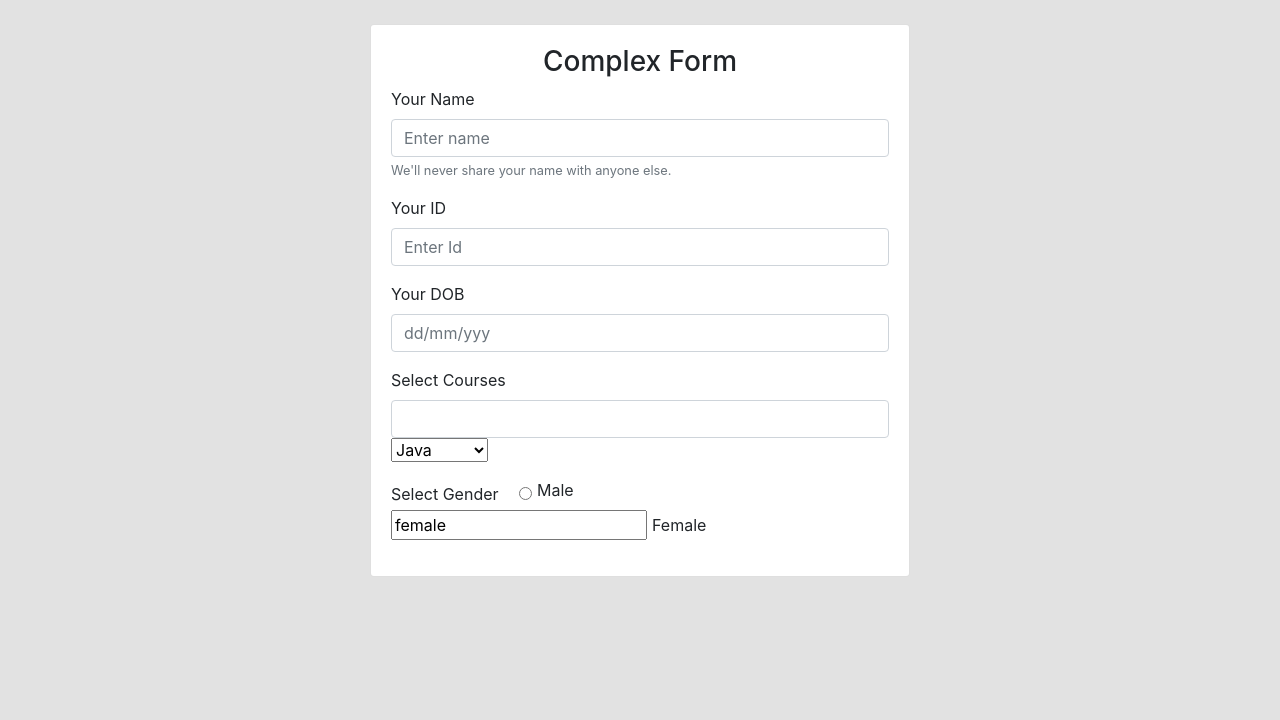
Repository: agupta003/3-18-2024
Page: http://localhost/spring-mvc-orm-db-Fileupload-multipart-resolver/WEB-INF/views/jsp/complex_form.jsp
The author's editor kept a copy of each file at every save. The page is drawn from the files as they stood at one save, then again after the next save.
The browser window is 1280 px wide. The pictures show the whole page.
Some web libraries are served in a nearby version. The page is served by Tomcat 10. Nobody is signed in. The template is opened directly, without the code that normally fills it, so the values that code supplies are empty.

Above is the page before, as saved 2024-03-28 03:24:23.

After the next save:
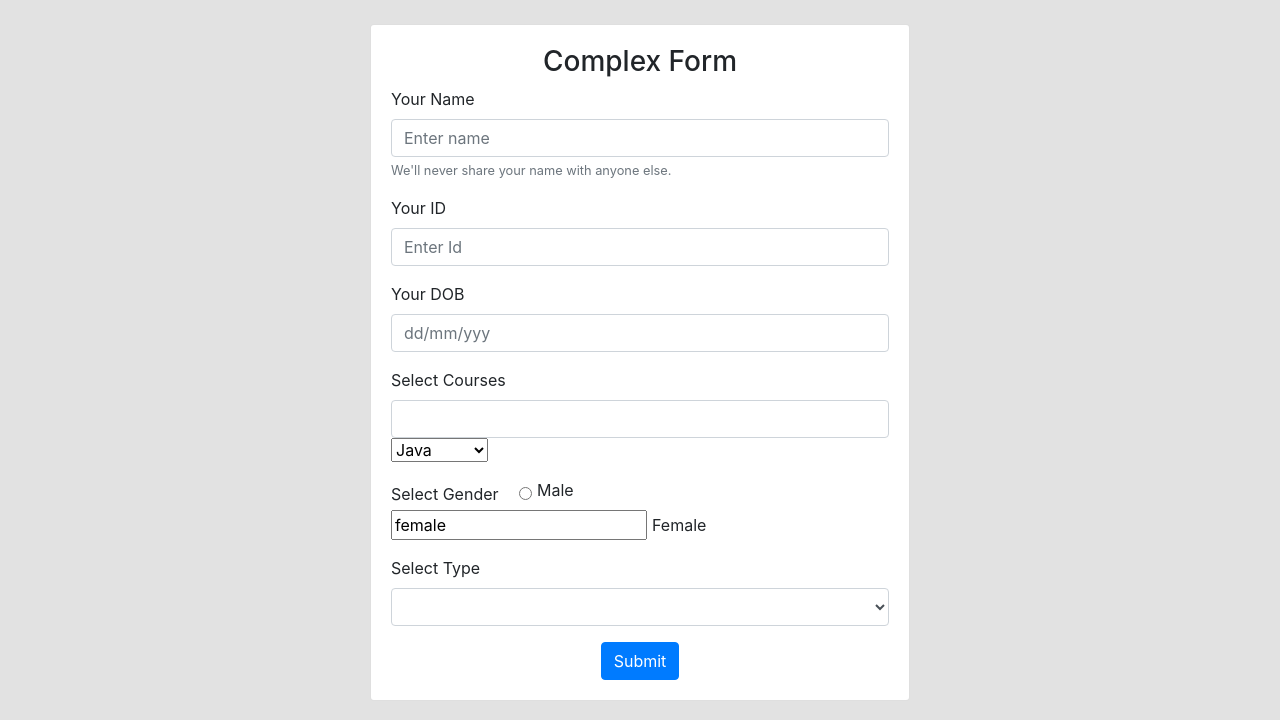
Saved 8 min 23 s later.
--- a/spring-mvc-orm-db-Fileupload-multipart-resolver/src/main/webapp/WEB-INF/views/jsp/complex_form.jsp
+++ b/spring-mvc-orm-db-Fileupload-multipart-resolver/src/main/webapp/WEB-INF/views/jsp/complex_form.jsp
@@ -58,13 +58,24 @@
 								<span class="mr-3">Select Gender</span>
 								<div class="form-check form-check-inline">
 									<input class="form-check-input" type="radio" name="gender"
-										id="inlineRadio1" value="male"> <label>Male</label>
+										id="inlineRadio1" value="male">
+										<label class="form-check-lable" for="inlineRadio1">Male</label>
 								</div>
 								<div class="form-check- form-check-inline">
 									<input class="form-check-input" typr="radio" name="gender"
 										id="inlineRadio2" value="female">
-									<lable class="form-check-lable" for="inlineRadio2">Female</label>
+										<lable class="form-check-lable" for="inlineRadio2">Female</label>
 								</div>
+							</div>
+							<div class="form-group">
+								<label for="">Select Type</label>
+								<select class="form-control" name="type">
+									<opttion value="oldstudent">Old Student</opttion>
+									<opttion value="normalstudent">Normal Student</opttion>
+								</select>
+							</div>
+							<div class="container- text-center">
+							<button type="submit" class="btn btn-primary">Submit</button>
 							</div>
 					</form>
 				</div>
